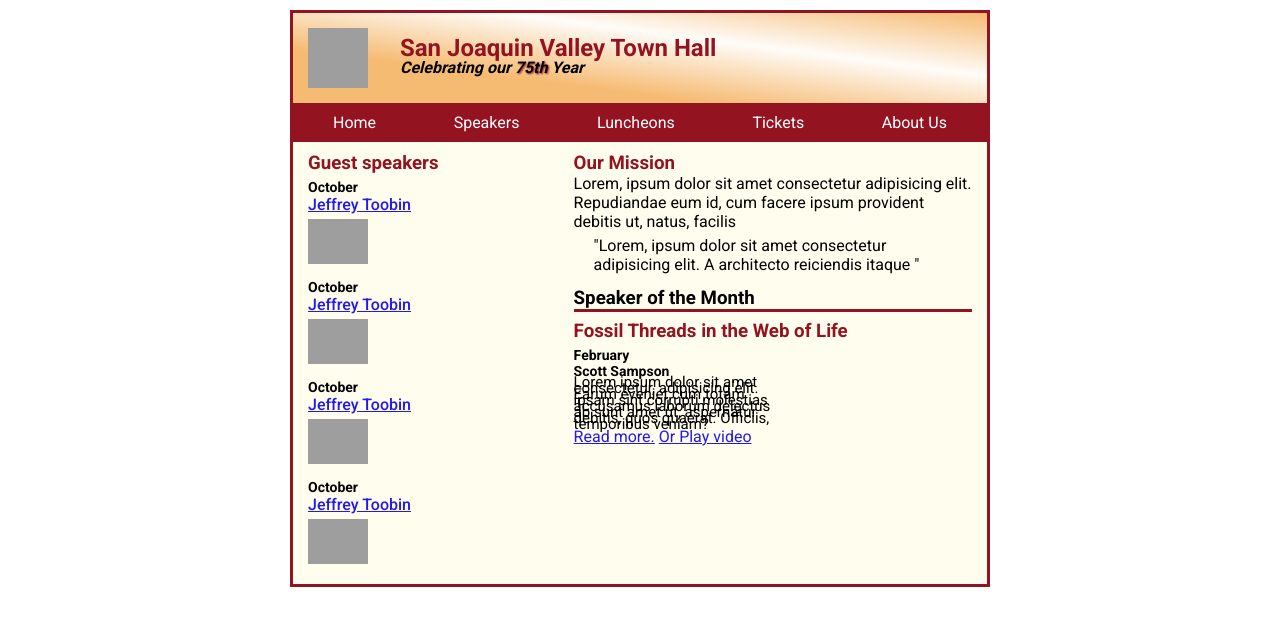
Repository: Mannj-nef/ex-5-6-7-8_IvVettech
Page: index.html
An editor plug-in stored every save of this project. The page is shown before and after the next save, followed by the edit.
The browser window is 1280 px wide. The pictures show the whole page.
Pictures or frames that could not be fetched are drawn as grey boxes.

Above is the page before, as saved 2022-03-24 22:40:38.

### index.html
<!DOCTYPE html>
<html lang="en">
  <head>
    <meta charset="UTF-8" />
    <meta http-equiv="X-UA-Compatible" content="IE=edge" />
    <meta name="viewport" content="width=device-width, initial-scale=1.0" />
    <link rel="stylesheet" href="./Asset/style.css" />
    <link rel="preconnect" href="https://fonts.googleapis.com" />
    <link rel="preconnect" href="https://fonts.gstatic.com" crossorigin />
    <link
      href="https://fonts.googleapis.com/css2?family=Roboto:wght@300;400;500;700&display=swap"
      rel="stylesheet"
    />
    <title>Exercise5-6</title>
    <link
      rel="shortcut icon"
      href="https://iviettech.vn/wp-content/themes/viettech/img/front/favicon.ico"
      type="image/x-icon"
    />
  </head>
  <body>
    <div id="app">
      <header id="header">
        <div class="header-top">
          <div class="header-image__wrapper">
            <img
              src="https://source.unsplash.com/random"
              alt=""
              class="header-image"
            />
          </div>
          <div class="header-main">
            <h2 class="header-main__title">San Joaquin Valley Town Hall</h2>
            <p class="header-main__decs">
              Celebrating our
              <span class="header-main__decs-b"
                >75 <span class="header-main__decs-c">th</span>
              </span>
              Year
            </p>
          </div>
        </div>
        <div class="header-nav">
          <ul class="header-nav__list">
            <li class="header-nav__item">
              <a href="" class="header-nav__link">Home</a>
            </li>
            <li class="header-nav__item">
              <a href="" class="header-nav__link">Speakers</a>
            </li>
            <li class="header-nav__item">
              <a href="" class="header-nav__link">Luncheons</a>
            </li>
            <li class="header-nav__item">
              <a href="" class="header-nav__link">Tickets</a>
            </li>
            <li class="header-nav__item">
              <a href="" class="header-nav__link">About Us</a>
            </li>
          </ul>
        </div>
      </header>
      <section id="content">
        <div class="content-left">
          <h3 class="content-title">Guest speakers</h3>

          <div class="content-left__member">
            <p class="content__member-month">October</p>
            <a href="" class="content-left__member-link">Jeffrey Toobin</a>
            <div class="content-left__member-avata-wrapper">
              <img
                src="https://source.unsplash.com/random"
                alt=""
                class="content-left__member-avata"
              />
            </div>
          </div>
          <div class="content-left__member">
            <p class="content__member-month">October</p>
            <a href="" class="content-left__member-link">Jeffrey Toobin</a>
            <div class="content-left__member-avata-wrapper">
              <img
                src="https://source.unsplash.com/random"
                alt=""
                class="content-left__member-avata"
              />
            </div>
          </div>
          <div class="content-left__member">
            <p class="content__member-month">October</p>
            <a href="" class="content-left__member-link">Jeffrey Toobin</a>
            <div class="content-left__member-avata-wrapper">
              <img
                src="https://source.unsplash.com/random"
                alt=""
                class="content-left__member-avata"
              />
            </div>
          </div>
          <div class="content-left__member">
            <p class="content__member-month">October</p>
            <a href="" class="content-left__member-link">Jeffrey Toobin</a>
            <div class="content-left__member-avata-wrapper">
              <img
                src="https://source.unsplash.com/random"
                alt=""
                class="content-left__member-avata"
              />
            </div>
          </div>
        </div>
        <div class="constent-right">
          <div class="constent-right__top">
            <h3 class="content-title">Our Mission</h3>
            <p class="constent-right__desc">
              Lorem, ipsum dolor sit amet consectetur adipisicing elit.
              Repudiandae eum id, cum facere ipsum provident debitis ut, natus,
              facilis
            </p>
            <p class="constent-right__desc-sub">
              "Lorem, ipsum dolor sit amet consectetur adipisicing elit. A
              architecto reiciendis itaque "
            </p>
            <h3 class="constent-right-title">Speaker of the Month</h3>
          </div>
          <div class="constent-right__center">
            <h3 class="content-title">Fossil Threads in the Web of Life</h3>
            <div class="constent-right__center-right">
              <h3 class="content__member-month center-right_title">
                <p>February</p>
                Scott Sampson
              </h3>
              <p class="constent-right__center-desc">
                Lorem ipsum dolor sit amet consectetur, adipisicing elit. Earum
                eveniet cum totam ipsam sint corrupti molestias accusamus
                laborum delectus ab sunt amet ut, aspernatur debitis, quos
                quaerat. Officiis, temporibus veniam?
              </p>
              <a href="" class="constent-right__center-link">Read more.</a>
              <a href="" class="constent-right__center-link">Or Play video</a>
            </div>
          </div>
        </div>
      </section>
    </div>
  </body>
</html>

### Asset/style.css
* {
  margin: 0;
  padding: 0;
  box-sizing: border-box;
}
html {
  font-family: "Roboto", sans-serif;
}
:root {
  --prymary-color: #931420;
  --white-color: #fff;
  --yellow-color: #ebc700;
  --blue-color: #2119ee;
  --size: 60px;
}

#app {
  margin: 10px auto;
  width: 700px;
  border: 3px solid var(--prymary-color);
}

#header {
}
.header-top {
  padding: 15px;
  display: flex;
  align-items: center;
  background-image: linear-gradient(
    to right top,
    #f6bb73 30%,
    #fefcf8,
    #f6bb73
  );
}
.header-image__wrapper {
  width: var(--size);
  height: var(--size);
  margin-right: 2em;
}
.header-image {
  width: 100%;
  height: 100%;
  object-fit: cover;
}
.header-main {
  line-height: 20px;
}
.header-main__title {
  color: var(--prymary-color);
}
.header-main__decs {
  color: #000;
  font-weight: 600;
  font-style: italic;
}
.header-main__decs-b {
  display: inline-flex;
  text-shadow: 1px 1px 2px var(--prymary-color);
}
.header-nav {
  background-color: var(--prymary-color);
}
.header-nav__list {
  list-style: none;
  display: flex;
  justify-content: space-between;
  padding: 0 20px;
}
.header-nav__item {
  padding: 10px 20px;
}
.header-nav__link {
  font-weight: 400;
  text-decoration: none;
  color: var(--white-color);
}
.header-nav__item:hover .header-nav__link {
  color: var(--yellow-color);
}

#content {
  background-color: #fffded;
  padding: 10px 15px;
  display: flex;
}

.content-left {
  width: 40%;
}
.content-title {
  color: var(--prymary-color);
}
.content-left__member {
}
.content__member-month {
  margin-top: 5px;
  font-size: 14px;
  font-weight: 600;
}
.content-left__member-link {
  font-weight: 500;
  color: var(--blue-color);
}
.content-left__member-avata-wrapper {
  width: var(--size);
  height: var(--size);
  display: flex;
  padding-top: 5px;
  padding-bottom: 10px;
}
.content-left__member-avata {
  width: 100%;
  height: 100%;
}
.constent-right {
  width: 60%;
}
.constent-right__desc-sub {
  padding: 5px 20px;
}
.constent-right-title {
  margin: 8px 0;
  font-weight: 600;
  color: #000;
  border-bottom: 3px solid var(--prymary-color);
}

.constent-right__center-right {
  width: 50%;
}
.center-right_title {
  margin-right: 10px;
}
.constent-right__center-desc {
  font-size: 15px;
  line-height: 0.4;
}
.constent-right__center-link {
  color: var(--blue-color);
}

After the next save:
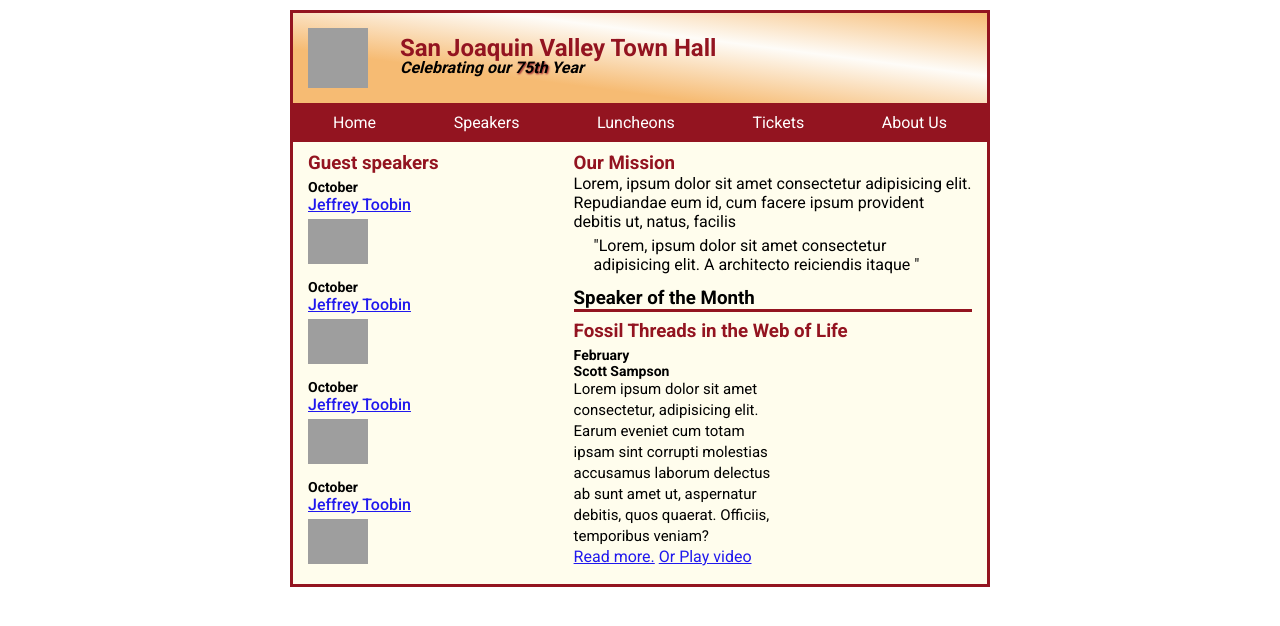
Saved 7 s later.
--- a/Asset/style.css
+++ b/Asset/style.css
@@ -134,7 +134,7 @@ html {
 }
 .constent-right__center-desc {
   font-size: 15px;
-  line-height: 0.4;
+  line-height: 1.4;
 }
 .constent-right__center-link {
   color: var(--blue-color);
